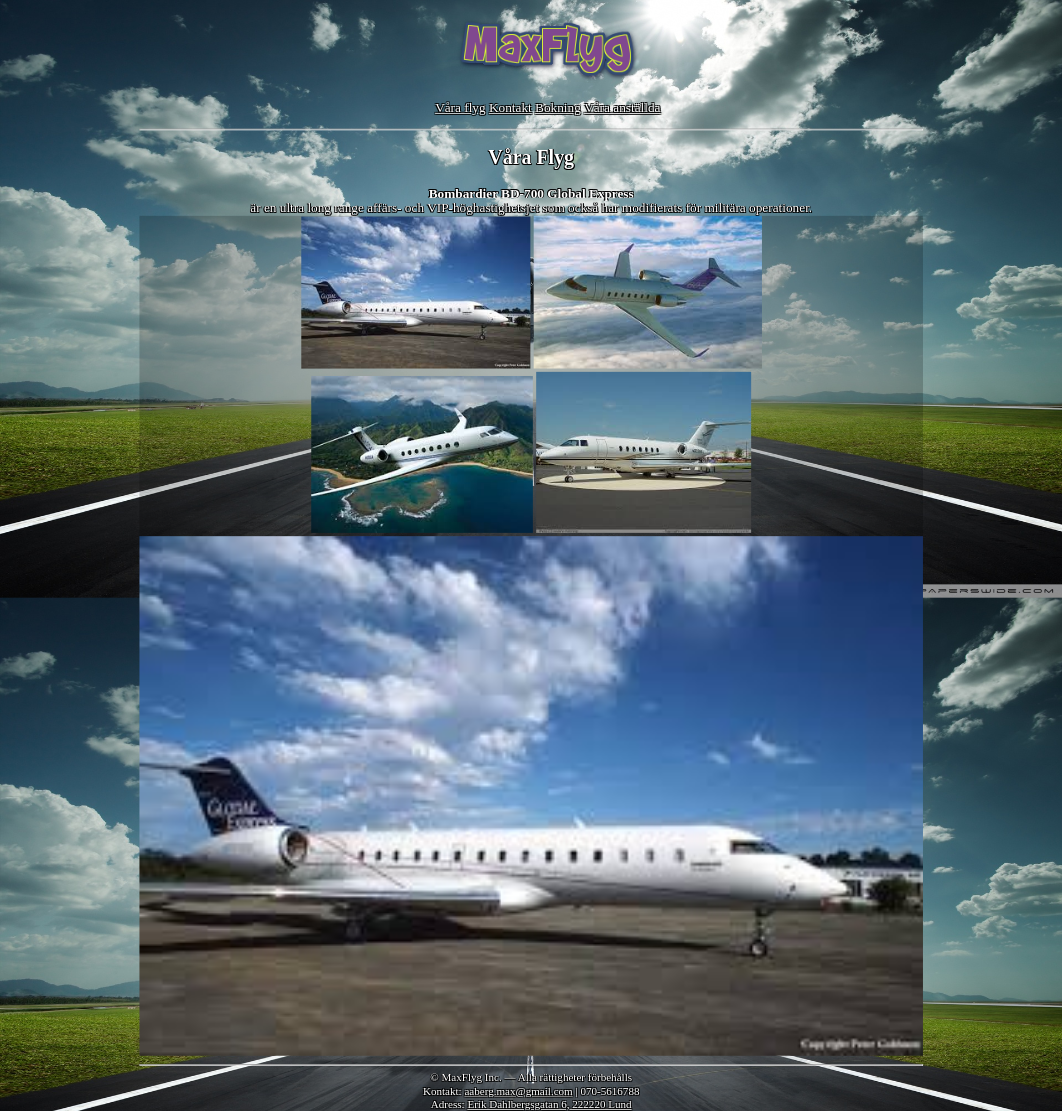
Repository: Maxenboy/Computer-Engineering-BA-A-Web-Programming-with-HTML5-CSS3-and-JavaScript-DT146G
Page: Mittuniversitet/Lab3/airplanes.html
An editor plug-in stored every save of this project. The page is shown before and after the next save, followed by the edit.
The browser window is 1280 px wide. The pictures show the whole page, at 83% of full size.
Backgrounds fixed to the window are drawn as part of the page.

Above is the page before, as saved 2014-09-18 18:57:20.

### Mittuniversitet/Lab3/airplanes.html
<!DOCTYPE html>
<!--  Max Åberg
mabe1411
aaberg.max@gmail.com   -->

<html>
	<head>
		<meta charset="utf-8" />
		<title>MaxFlyg</title>
		<link type="text/css" rel="stylesheet" href="css/main.css">
		<link rel="shortcut icon" type="image/png" href="img/icon.png">
		<script src="js/main.js"></script>
	</head>
	<body>
		<header >

			<ul>
				<li>
					<a class="special" href="index.html"><img   src="img/logga.png" alt="MaxFlyg logga"/></a>
				</li>
			</ul>
			<ul>

				<li>
					<a href="">Våra flyg</a>
				</li>
				<li>
					<a href="contact.html">Kontakt</a>
				</li>
				<li>
					<a href="booking.html">Bokning</a>
				</li>
				<li>
					<a href="employees.html">Våra anställda</a>
				</li>
			</ul>
			<hr />
		</header>

		<section>
			<h1>Våra Flyg </h1>
			<div class="description" id="description">
				<strong> Bombardier BD-700 Global Express </strong>
				<br/>
				är en ultra long range affärs- och VIP-höghastighetsjet som också har modifierats för militära operationer.
			</div>
			<div id="wrapper">
				<div class="opac">
					<div>
						<img  src="img/global.jpg" alt="Bombardier BD-700 Global Express" id="global" onclick="LoadImage('global')"/>
						<img src="img/challenger.jpg" alt="Bombardier Challenger 600-serien" id="challenger" onclick="LoadImage('challenger')" />
					</div>
					<div>
						<img src="img/gulfstream.jpg" alt="Gulfstream" id="gulf" onclick="LoadImage('gulf')" />
						<img src="img/hawker.jpg" alt="Hawker 800" id="hawk" onclick="LoadImage('hawk')" />
					</div>
				</div>
				<div>
					<img class="span" src="img/global.jpg" alt="Bombardier BD-700 Global Express" id="big"/>
				</div>
			</div>

		</section>
		<footer>
			<hr/>
			&copy; MaxFlyg Inc. &mdash; Alla rättigheter förbehålls
			<br/>
			Kontakt: <a href="mailto:aaberg.max@gmail.com">aaberg.max@gmail.com</a> | 070-5616788
			<br/>
			Adress: <a href="contact.html"> Erik Dahlbergsgatan 6, 222220 Lund</a>
		</footer>

	</body>

</html>

### Mittuniversitet/Lab3/css/main.css
/*  Max Åberg
 mabe1411
 aaberg.max@gmail.com   */

@media handheld and (max-width: 480px) , screen and (max-width: 480px) {
	html {
		color: white;
		text-shadow: -1px -1px 0 #000, 1px -1px 0 #000, -1px 1px 0 #000, 1px 1px 0 #000;
		margin: 0 auto;
		width: 200px;
		text-align: center;
		background: url(../img/background.jpg) no-repeat center center fixed;
		-webkit-background-size: cover;
		-moz-background-size: cover;
		-o-background-size: cover;
		background-size: cover;
		height: 100%
	}

	li {
		display: inline;
	}
	a:link, a:visited {
		color: white;
		text-shadow: -1px -1px 0 #000, 1px -1px 0 #000, -1px 1px 0 #000, 1px 1px 0 #000;
	}
	.table img {
		width: 59px;
		height: 47px;
		vertical-align: middle;
	}
	.span img {
		width: 119px;
		height: 94px;
	}
}
@media only screen and (min-width: 481px) and (max-width: 1024px) {
	html {
		color: white;
		text-shadow: -1px -1px 0 #000, 1px -1px 0 #000, -1px 1px 0 #000, 1px 1px 0 #000;
		margin: 0 auto;
		width: 500px;
		text-align: center;
		background: url(../img/background.jpg) no-repeat center center fixed;
		-webkit-background-size: cover;
		-moz-background-size: cover;
		-o-background-size: cover;
		background-size: cover;
		height: 100%
	}

	li {
		display: inline;
	}
	a:link, a:visited {
		color: white;
		text-shadow: -1px -1px 0 #000, 1px -1px 0 #000, -1px 1px 0 #000, 1px 1px 0 #000;
	}
	footer {
		font-size: smaller;
	}
	.table img {
		width: 119px;
		height: 94px;
		vertical-align: middle;
	}
	.span img {
		width: 238px;
		height: 188px;
	}

	.span {
		width: 100%;
		background-color: rgba(0, 0, 0, .5);
	}
	.opac {
		background-color: rgba(0, 0, 0, .2);
	}

}
@media only screen and (min-width: 1025px) {
	html {
		color: white;
		text-shadow: -1px -1px 0 #000, 1px -1px 0 #000, -1px 1px 0 #000, 1px 1px 0 #000;
		margin: 0 auto;
		width: 960px;
		text-align: center;
		background: url(../img/background.jpg) no-repeat center center fixed;
		-webkit-background-size: cover;
		-moz-background-size: cover;
		-o-background-size: cover;
		background-size: cover;
		height: 100%
	}

	li {
		display: inline;
	}
	a:link, a:visited {
		color: white;
		text-shadow: -1px -1px 0 #000, 1px -1px 0 #000, -1px 1px 0 #000, 1px 1px 0 #000;
	}
	footer {
		font-size: smaller;
	}
	.table img {
		width: 238px;
		height: 188px;
		vertical-align: middle;
	}

	.span {
		width: 100%;
		background-color: rgba(0, 0, 0, .5);
	}
	.span img {
		width: 476px;
		height: 376px;
	}
	.opac {
		background-color: rgba(0, 0, 0, .2);
	}
	.map {
		height: 500px;
		width: 600px;
		text-shadow: none;
		color: black;
	}
	.small img {
		width: 150px;
		height: 150px;
		vertical-align: middle;
	}
}
@media print {
	html {
		text-align: center;
	}
	li {
		display: inline;
	}
	.map {
		height: 500px;
		width: 600px;
		text-shadow: none;
		color: black;
	}
}

### Mittuniversitet/Lab3/js/main.js
/*  Max Åberg
 mabe1411
 aaberg.max@gmail.com   */
var s, sUsrAg = navigator.userAgent, url;

function getBrowser() {
	navigator = window.navigator;

	if (sUsrAg.indexOf("Chrome") > -1) {
		s = "Google Chrome";
	} else if (sUsrAg.indexOf("Safari") > -1) {
		s = "Apple Safari";
	} else if (sUsrAg.indexOf("Opera") > -1) {
		s = "Opera";
	} else if (sUsrAg.indexOf("Firefox") > -1) {
		s = "Mozilla Firefox";
	} else if (sUsrAg.indexOf("MSIE") > -1) {
		s = "Microsoft Internet Explorer";
	} else {
		document.write("Undefined browser");
	}
	return s;
}

function LoadImage(name) {
	document.getElementById("big").src = document.getElementById(name).src;
	switch(name) {
	case "global":
		document.getElementById("description").innerHTML = "<strong> Bombardier BD-700 Global Express </strong><br/>	är en ultra long range affärs- och VIP-höghastighetsjet som också har modifierats för militära operationer.";
		break;
	case "challenger":
		document.getElementById("description").innerHTML = "<strong> Bombardier Challenger 600-serien</strong><br/>	är en familj av affärsjetplan designade av Bill Lear och producerade först av Canadair, tills det köptes upp av Bombardier Aerospace under 1986, och sedan av Bombardier.";
		break;
	case "gulf":
		document.getElementById("description").innerHTML = "<strong>Gulfstream</strong><br/>V och G-V SP är affärsjetflygplan tillverkade av General Dynamics' Gulfstream Aerospace i Savannah, Georgia, USA. De används också av den amerikanska militären under beteckningen C-37A.";
		break;
	case "hawk":
		document.getElementById("description").innerHTML = "<strong>Hawker 800 </strong><br/>är ett mellanstort tvåmotorig affärsflygplan. Det är en utveckling av British Aerospace BAe 125, och monteras av Hawker Beechcraft.";
		break;
	case "CEO":
		document.getElementById("description").innerHTML = "<strong> Max Åberg<br/>CEO/Developer/Founder</strong>";
		break;
	case "pilot":
		document.getElementById("description").innerHTML = "<strong>Pilot Sökes</strong><br/> Skicka gärna in din ansökan här: <a href=mailto:aaberg.max@gmail.com>aaberg.max@gmail.com</a>";
		break;
	case "co":
		document.getElementById("description").innerHTML = "<strong> Co-Pilot Sökes</strong><br/> Skicka gärna in din ansökan här: <a href=mailto:aaberg.max@gmail.com>aaberg.max@gmail.com</a>";
		break;
	case "steward":
		document.getElementById("description").innerHTML = "<strong> Flygvärdinna Sökes </strong><br/> Skicka gärna in din ansökan här: <a href=mailto:aaberg.max@gmail.com>aaberg.max@gmail.com</a>";
		break;
	default:
		document.getElementById("description").innerHTML = "<strong> Bombardier BD-700 Global Express </strong><br/>	är en ultra long range affärs- och VIP-höghastighetsjet som också har modifierats för militära operationer.";
		break;
	}
}

After the next save:
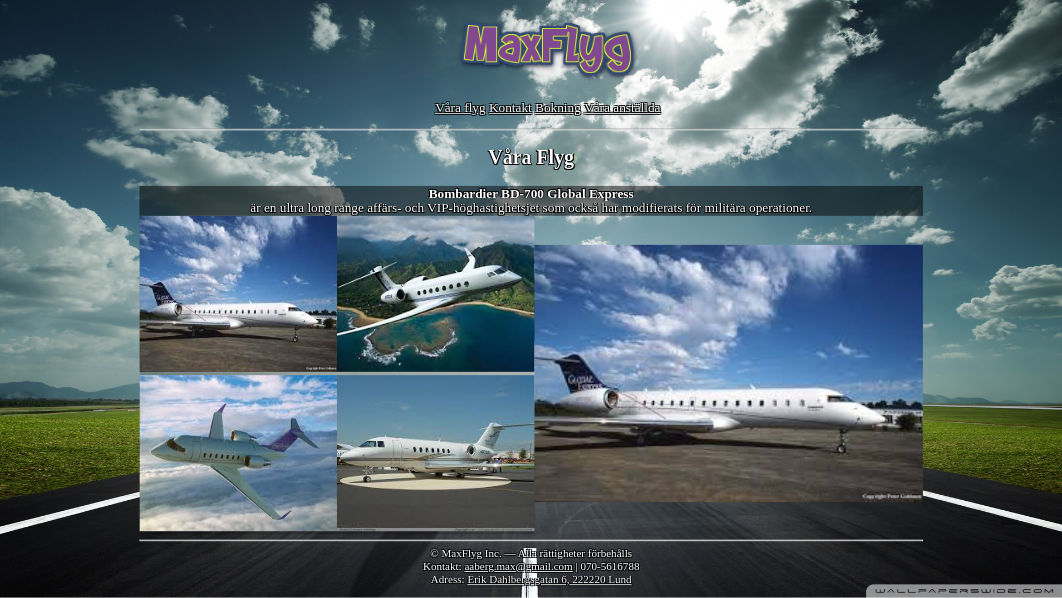
Saved 55 s later.
--- a/Mittuniversitet/Lab3/css/main.css
+++ b/Mittuniversitet/Lab3/css/main.css
@@ -24,7 +24,7 @@
 		color: white;
 		text-shadow: -1px -1px 0 #000, 1px -1px 0 #000, -1px 1px 0 #000, 1px 1px 0 #000;
 	}
-	.table img {
+	.opac img {
 		width: 59px;
 		height: 47px;
 		vertical-align: middle;
@@ -33,6 +33,7 @@
 		width: 119px;
 		height: 94px;
 	}
+
 }
 @media only screen and (min-width: 481px) and (max-width: 1024px) {
 	html {
@@ -59,11 +60,6 @@
 	footer {
 		font-size: smaller;
 	}
-	.table img {
-		width: 119px;
-		height: 94px;
-		vertical-align: middle;
-	}
 	.span img {
 		width: 238px;
 		height: 188px;
@@ -75,6 +71,20 @@
 	}
 	.opac {
 		background-color: rgba(0, 0, 0, .2);
+	}
+	.opac img {
+		width: 119px;
+		height: 94px;
+	}
+	#wrapper {
+		width: 100%;
+		overflow: hidden;
+		table-layout: fixed;
+	}
+	#wrapper div {
+		display: table-cell;
+		width: 472px;
+		vertical-align: middle
 	}
 
 }
@@ -103,12 +113,6 @@
 	footer {
 		font-size: smaller;
 	}
-	.table img {
-		width: 238px;
-		height: 188px;
-		vertical-align: middle;
-	}
-
 	.span {
 		width: 100%;
 		background-color: rgba(0, 0, 0, .5);
@@ -120,17 +124,32 @@
 	.opac {
 		background-color: rgba(0, 0, 0, .2);
 	}
+	.opac img {
+		width: 238px;
+		height: 188px;
+	}
 	.map {
 		height: 500px;
 		width: 600px;
 		text-shadow: none;
 		color: black;
 	}
-	.small img {
-		width: 150px;
-		height: 150px;
-		vertical-align: middle;
+	#wrapper {
+		width: 100%;
+		overflow: hidden;
+		table-layout: fixed;
 	}
+	#wrapper div {
+		display: table-cell;
+		width: 472px;
+		vertical-align: middle
+	}
+	.description {
+		margin-left: auto;
+		margin-right: auto;
+		background-color: rgba(0, 0, 0, .5);
+	}
+
 }
 @media print {
 	html {
